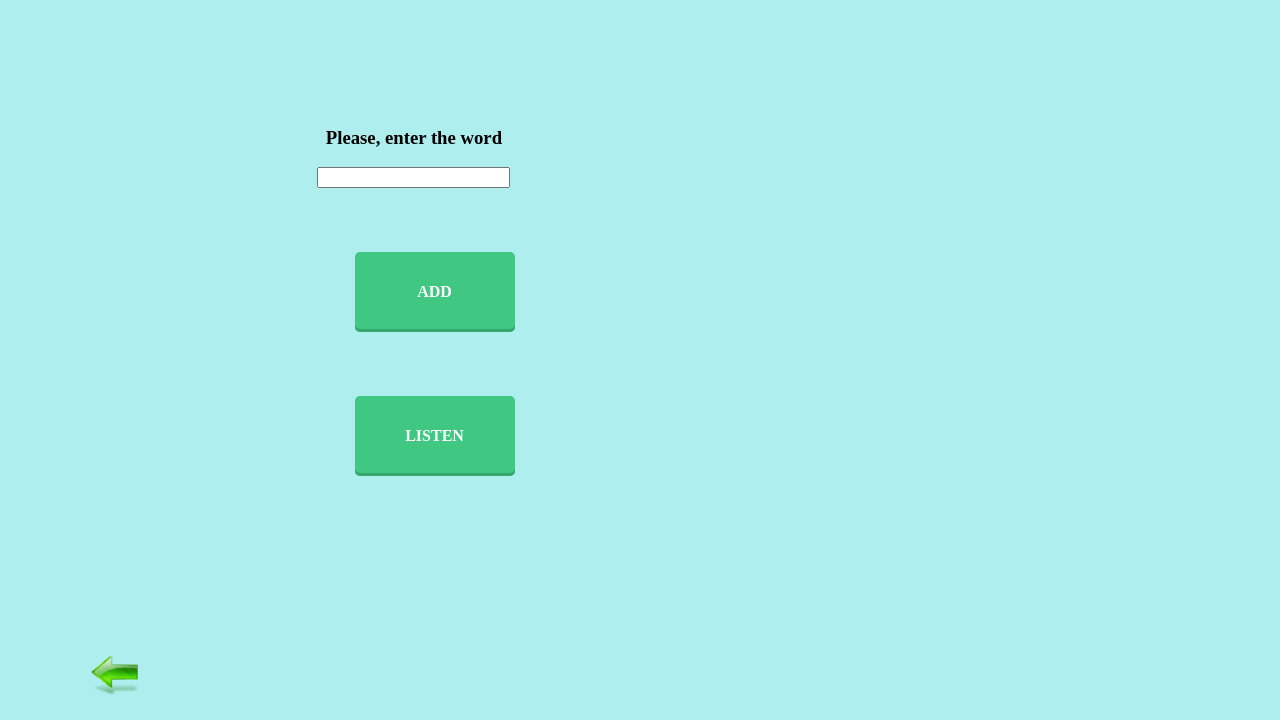
Repository: Artem-Brunov/msu_prac
Page: workspace/BasicUI/NewWithTranslate.html
An editor plug-in stored every save of this project. The page is shown before and after the next save, followed by the edit.
The browser window is 1280 px wide. The pictures show the whole page.

Above is the page before, as saved 2017-12-26 19:29:12.

### workspace/BasicUI/NewWithTranslate.html
<!DOCTYPE html>
<html>
<head>
    <meta charset="utf-8" />
    <meta name="viewport" content="width=device-width, initial-scale=1.0, maximum-scale=1.0">
    <meta name="description" content="Tizen Mobile Web Basic Template" />

    <title>Tizen Mobile Web Basic Application</title>
    <link rel="stylesheet" type="text/css" href="css/NewPlaylist.css" />
    <link rel="stylesheet" type="text/css" href="css/style.css" />
</head>
<body>
	<div class = "listn">
	<form name="test">
  		<h3 align = "center">Please, enter the word</h3>
  		<p align = "center">
   			<input type="text" size="21">
  		</p>


 	</form>
</div>
	<div class = "Add">
		<a href = "#" onClick = "ADD_WORD()" class = "first_button">ADD</a>
	</div>
	<div class = "Return">
		<a href = "PLAY"  class = "first_button">LISTEN</a>
	</div>
	<div class = "BBack">
			<a href = "index.html"><img src="images/Back.png" width="50"
  height="50" alt="One step back"></a>
	</div>
	</div>
</body>
</html>

### workspace/BasicUI/css/NewPlaylist.css
.Return {
	position: absolute;
  	top: 55%;
  	left:27.7%;

}
.Add {
	position: absolute;
  	top: 35%;
  	left: 27.7%;
}
.listn {
	position: absolute;
  	top: 15%;
  	left: 24.8%;
}
.BBack{
	position: absolute;
  	top: 90%;
  	left: 7%;
}
.Settings{
	position: absolute;
	left: 18%;
	top: 10%;
 	color: Gray;
}
.take_1{
	position: absolute;
	left: 6%;
	top: 3%;
}
.take_2{
	position: absolute;
	right: 6%;
	top: 3%;
}
.FP{
	position: absolute;
	left: 27.7%;
	top: 60%;
}
.FP_2{
	position: absolute;
	right: 27.7%;
	top: 75%;
}

### workspace/BasicUI/css/style.css
html,
body {
    width: 100%;
    height: 100%;
    margin: 0 auto;
    padding: 0;
    background: PaleTurquoise;
 }
 .titl{

 	position: absolute;
 	left: 25.5%;
 	top: 10%;
 	color: Gray;
 }
 a.first_button {

	display: block;
	width: 160px;
	height: 80px;
  	line-height: 5em;
	border-radius: 5px;
 	background: rgb(64,199,129);
	box-shadow: 0 -3px rgb(53,167,110) inset;
	font-weight: 900;
  	color: white;
  	text-align: center;
  	text-decoration: none;
  	transition: 0.2s;
}
a.first_button:hover { background: rgb(53, 167, 110); }
a.first_button:active {
  background: rgb(33,147,90);
  box-shadow: 0 3px rgb(33,147,90) inset;
}
.New {
	position: absolute;
  	top: 47%;
  	left: 27.7%;

}
.Select {
	position: absolute;
  	top: 64%;
  	left: 27.7%;

}
.FastPlay {
	position: absolute;
  	top: 30%;
  	left: 27.7%;

}

After the next save:
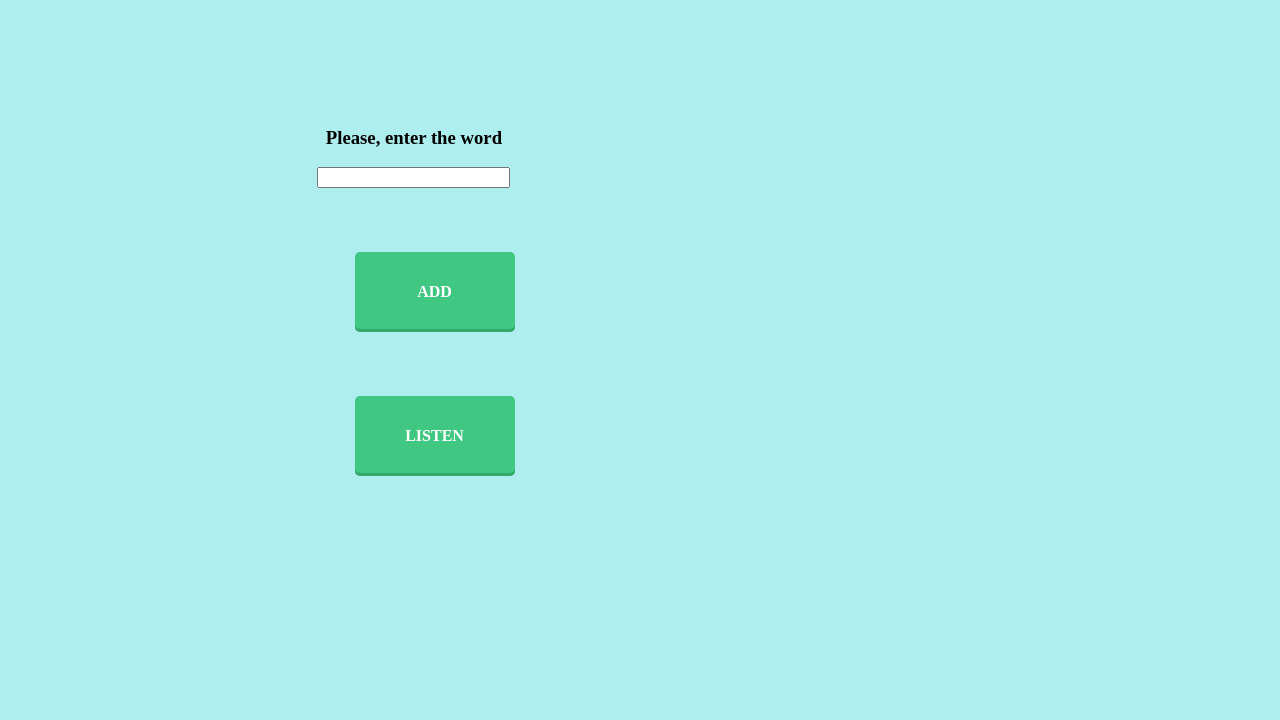
Saved 2 min 19 s later.
--- a/workspace/BasicUI/NewWithTranslate.html
+++ b/workspace/BasicUI/NewWithTranslate.html
@@ -26,10 +26,7 @@
 	<div class = "Return">
 		<a href = "PLAY"  class = "first_button">LISTEN</a>
 	</div>
-	<div class = "BBack">
-			<a href = "index.html"><img src="images/Back.png" width="50"
-  height="50" alt="One step back"></a>
-	</div>
-	</div>
+
+</div>
 </body>
 </html>
